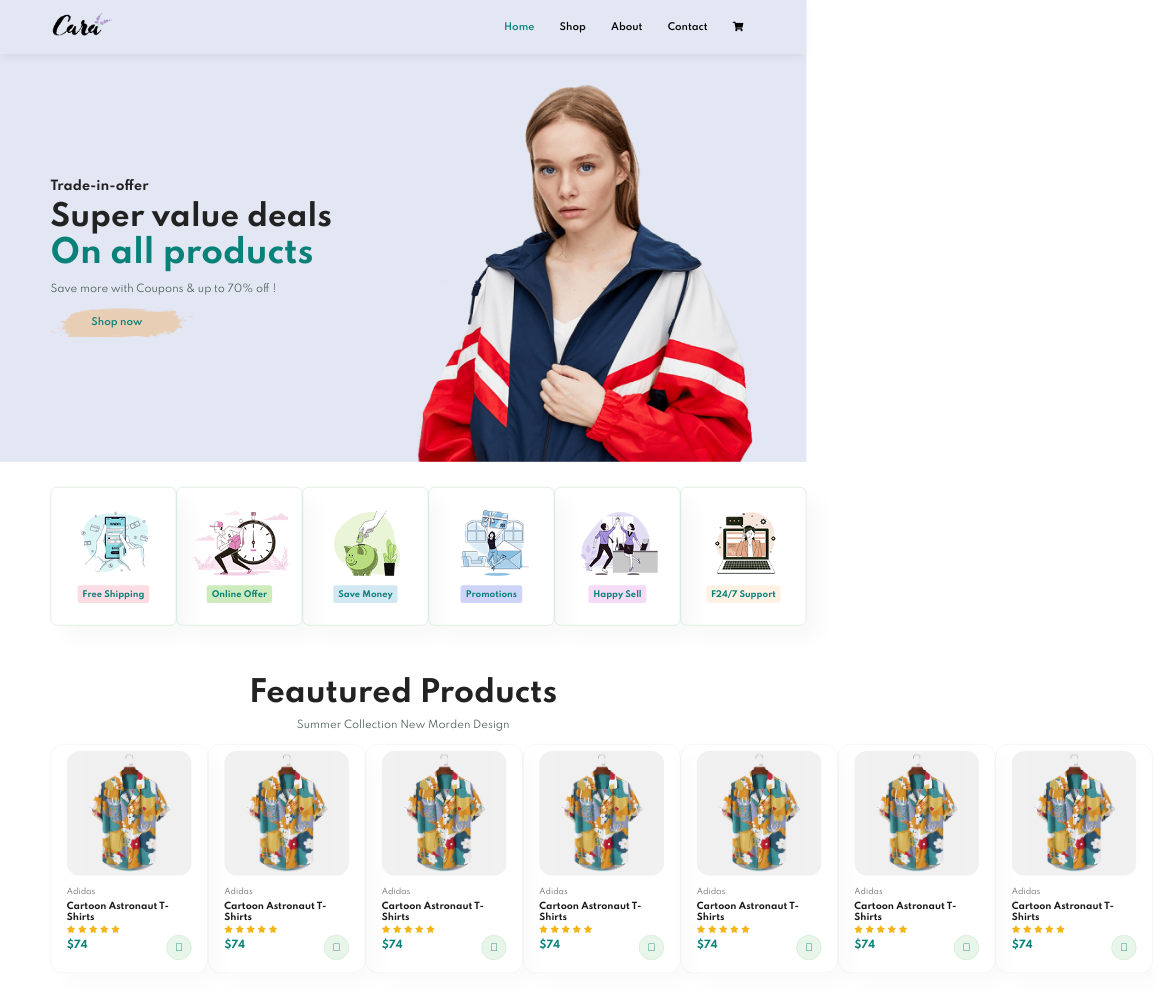
Repository: Daryllgio/E-Commerce-Website-UI
Page: index.html
These files come from the project's save history. The page is drawn as it stood at one moment and after the next save; the edit follows.
The browser window is 1280 px wide. The page is 1830 px wide, then 1850 px, so the pictures cover 1850 px, including what lies to the right of the window. The pictures show the whole page, at 63% of full size.
Some web libraries are served in a nearby version.

Above is the page before, as saved 2024-12-31 13:58:40.

### index.html
<!DOCTYPE html>
<html lang="en">

<head>
    <meta charset="UTF-8">
    <meta http-equiv="X-UA-Compatible" content="IE=edge">
    <meta name="viewport" content="width=device-width, initial-scale=1.0">
    <title>Tech2etc Ecommerce Tutorial</title>
    <link rel="stylesheet" href="https://pro.fontawesome.com/releases/v5.10.0/css/all.css" />

    <link rel="stylesheet" href="style.css">
</head>

<body>
    <section id="header">
        <a href="#"><img src="img/logo.png" id="logo" class="logo" alt=""></a>

        <div>
            <ul id="navbar">
                <li>
                    <a class="active" href="index.html">Home</a>
                </li>
                <li>
                    <a href="shop.html">Shop</a>
                </li>
                <li>
                    <a href="about.html">About</a>
                </li>
                <li>
                    <a href="contact.html">Contact</a>
                </li>
                <li>
                    <a href="cart.html"><i class="fa fa-shopping-cart" aria-hidden="true"></i></a>
                </li>

            </ul>
        </div>
    </section>

    <section id="HomeHeaderContent">
        <h4>
            Trade-in-offer
        </h4>
        <h2>
            Super value deals
        </h2>
        <h1>
            On all products
        </h1>
        <p>
            Save more with Coupons & up to 70% off !
        </p>
        <button>
            Shop now
        </button>

    </section>

    <section id="Features" class="section-p1">
        <div class="fe-box">
            <img src="img/features/f1.png" alt="">
            <h6>Free Shipping</h6>
        </div>
        <div class="fe-box">
            <img src="img/features/f2.png" alt="">
            <h6>Online Offer</h6>
        </div>
        <div class="fe-box">
            <img src="img/features/f3.png" alt="">
            <h6>Save Money</h6>
        </div>
        <div class="fe-box">
            <img src="img/features/f4.png" alt="">
            <h6>Promotions</h6>
        </div>
        <div class="fe-box">
            <img src="img/features/f5.png" alt="">
            <h6>Happy Sell</h6>
        </div>
        <div class="fe-box">
            <img src="img/features/f6.png" alt="">
            <h6>F24/7 Support</h6>
        </div>
    </section>

    <section id="product1" class="section-p1">
        <h2>
            Feautured Products
        </h2>
        <p>
            Summer Collection New Morden Design
        </p>
        <div class="pro-container">
            <div class="pro">
                <img src="img/products/f1.jpg" alt="">
                <div class="des">
                    <span>Adidas</span>
                    <h5>Cartoon Astronaut T-Shirts</h5>
                    <div class="star">
                        <i class="fas fa-star"></i>
                        <i class="fas fa-star"></i>
                        <i class="fas fa-star"></i>
                        <i class="fas fa-star"></i>
                        <i class="fas fa-star"></i>
                    </div>
                    <div class="Shop">
                        <h4>$74</h4>
                        <a href="#"><i class="fal fa-shopping-cart "></i></a>
                    </div>

                </div>
            </div>

            <div class="pro">
                <img src="img/products/f1.jpg" alt="">
                <div class="des">
                    <span>Adidas</span>
                    <h5>Cartoon Astronaut T-Shirts</h5>
                    <div class="star">
                        <i class="fas fa-star"></i>
                        <i class="fas fa-star"></i>
                        <i class="fas fa-star"></i>
                        <i class="fas fa-star"></i>
                        <i class="fas fa-star"></i>
                    </div>
                    <div class="Shop">
                        <h4>$74</h4>
                        <a href="#"><i class="fal fa-shopping-cart "></i></a>
                    </div>

                </div>
            </div>

            <div class="pro">
                <img src="img/products/f1.jpg" alt="">
                <div class="des">
                    <span>Adidas</span>
                    <h5>Cartoon Astronaut T-Shirts</h5>
                    <div class="star">
                        <i class="fas fa-star"></i>
                        <i class="fas fa-star"></i>
                        <i class="fas fa-star"></i>
                        <i class="fas fa-star"></i>
                        <i class="fas fa-star"></i>
                    </div>
                    <div class="Shop">
                        <h4>$74</h4>
                        <a href="#"><i class="fal fa-shopping-cart "></i></a>
                    </div>

                </div>
            </div>

            <div class="pro">
                <img src="img/products/f1.jpg" alt="">
                <div class="des">
                    <span>Adidas</span>
                    <h5>Cartoon Astronaut T-Shirts</h5>
                    <div class="star">
                        <i class="fas fa-star"></i>
                        <i class="fas fa-star"></i>
                        <i class="fas fa-star"></i>
                        <i class="fas fa-star"></i>
                        <i class="fas fa-star"></i>
                    </div>
                    <div class="Shop">
                        <h4>$74</h4>
                        <a href="#"><i class="fal fa-shopping-cart "></i></a>
                    </div>

                </div>
            </div>

            <div class="pro">
                <img src="img/products/f1.jpg" alt="">
                <div class="des">
                    <span>Adidas</span>
                    <h5>Cartoon Astronaut T-Shirts</h5>
                    <div class="star">
                        <i class="fas fa-star"></i>
                        <i class="fas fa-star"></i>
                        <i class="fas fa-star"></i>
                        <i class="fas fa-star"></i>
                        <i class="fas fa-star"></i>
                    </div>
                    <div class="Shop">
                        <h4>$74</h4>
                        <a href="#"><i class="fal fa-shopping-cart "></i></a>
                    </div>

                </div>
            </div>

            <div class="pro">
                <img src="img/products/f1.jpg" alt="">
                <div class="des">
                    <span>Adidas</span>
                    <h5>Cartoon Astronaut T-Shirts</h5>
                    <div class="star">
                        <i class="fas fa-star"></i>
                        <i class="fas fa-star"></i>
                        <i class="fas fa-star"></i>
                        <i class="fas fa-star"></i>
                        <i class="fas fa-star"></i>
                    </div>
                    <div class="Shop">
                        <h4>$74</h4>
                        <a href="#"><i class="fal fa-shopping-cart "></i></a>
                    </div>

                </div>
            </div>

            <div class="pro">
                <img src="img/products/f1.jpg" alt="">
                <div class="des">
                    <span>Adidas</span>
                    <h5>Cartoon Astronaut T-Shirts</h5>
                    <div class="star">
                        <i class="fas fa-star"></i>
                        <i class="fas fa-star"></i>
                        <i class="fas fa-star"></i>
                        <i class="fas fa-star"></i>
                        <i class="fas fa-star"></i>
                    </div>
                    <div class="Shop">
                        <h4>$74</h4>
                        <a href="#"><i class="fal fa-shopping-cart "></i></a>
                    </div>

                </div>
            </div>


        </div>
    </section>


    <script src="script.js"></script>
</body>

</html>

### style.css
@import url("https://fonts.googleapis.com/css2?family=Spartan:wght@100;200;300;400;500;600;700;800;900&display=swap");

* {
  margin: 0;
  padding: 0;
  box-sizing: border-box;
  font-family: "Spartan", sans-serif;
}

html {
  scroll-behavior: smooth;
}

/* Global Styles */

h1 {
  font-size: 50px;
  line-height: 64px;
  color: #222;
}

h2 {
  font-size: 46px;
  line-height: 54px;
  color: #222;
}

h4 {
  font-size: 20px;
  color: #222;
}

h6 {
  font-weight: 700;
  font-size: 12px;
}

p {
  font-size: 16px;
  color: #465b52;
  margin: 15px 0 20px 0;
}

.section-p1 {
  padding: 40px 80px;
}

.section-m1 {
  margin: 40px 0;
}

body {
  width: 100%;
}

#header {
  display: flex;
  align-items: center;
  justify-content: space-between;
  padding: 20px 80px;
  background: #E3E6F3;
  box-shadow: 0 5px 15px rgba(0, 0, 0, 0.06);
  position: sticky;
  top: 0;
  left: 0;

}



#navbar {
  display: flex;
  align-items: center;
  justify-content: center;
}

#navbar li {
  list-style: none;
  padding: 0px 20px;
}

#navbar li a {
  text-decoration: none;
  font-size: 15px;
  font-weight: 600;
  color: #000;
  transition: 0.3s ease;
}

#navbar li a:hover,
#navbar li a.active {
  color: #088178;
}

#HomeHeaderContent {
  background-image: url("img/hero4.png");
  height: 90vh;
  width: 100%;
  background-size: cover;
  background-position: top 25% right 0;
  padding: 0 80px;
  align-items: flex-start;
  display: flex;
  flex-direction: column;
  justify-content: center;
}

#HomeHeaderContent h4 {
  margin-bottom: 10px;
}

#HomeHeaderContent h1 {
  color: #088178;
}

#HomeHeaderContent button {
  color: #088178;
  background-image: url("img/button.png");
  font-size: 15px;
  font-weight: 600;
  background-color: transparent;
  border: 0;
  padding: 14px 80px 14px 65px;
  background-repeat: no-repeat;
  cursor: pointer;
}

#Features {
  display: flex;
  justify-content: space-between;
}

#Features .fe-box {
  width: 200px;
  text-align: center;
  padding: 35px 25px;
  border: 1px solid #cce7d0;
  box-shadow: 20px 20px 34px rgba(0, 0, 0, 0.03);
  border-radius: 10px;
}

#Features .fe-box:hover {
  box-shadow: 10px 10px 54px rgba(0, 0, 0, 0.1);
}

#Features .fe-box img {
  margin-bottom: 10px;
}

#Features .fe-box h6 {
  font-size: 13px;
  display: inline-block;
  line-height: 1;
  border-radius: 4px;
  color: #088178;
  background-color: #fddde4;
  padding: 9px 8px 6px 8px;
}

#Features .fe-box:nth-child(2) h6 {
  background-color: #cdebbc;
}

#Features .fe-box:nth-child(3) h6 {
  background-color: #d1e8f2;
}

#Features .fe-box:nth-child(4) h6 {
  background-color: #cdd4f8;
}

#Features .fe-box:nth-child(5) h6 {
  background-color: #f6dbf6;
}

#Features .fe-box:nth-child(6) h6 {
  background-color: #fff2e5;
}

#product1 {
  text-align: center;
}

#product1 .pro {
  width: 23%;
  min-width: 250px;
  padding: 10px 25px;
  border: 1px solid #f0f0f0;
  border-radius: 20px;
  cursor: pointer;
  box-shadow: 20px 20px 30px rgba(0, 0, 0, 0.02);
  transition: 0.3s ease;
}

#product1 .pro:hover {
  box-shadow: 20px 20px 30px rgba(0, 0, 0, 0.06);

}

#product1 .pro img {
  width: 100%;
  border-radius: 20px;
}

#product1 .pro .des {
  text-align: start;
  padding: 10px 0;
}

#product1 .pro .des span {
  color: #606063;
  font-size: 12px;
}

#product1 .pro .des h5 {
  color: #1a1a1a;
  font-size: 14px;
  padding-top: 7px;
}

#product1 .pro .des .fa-star {
  color: rgb(243, 181, 25);
  font-size: 12px;
}

#product1 .pro .des h4 {
  font-size: 16px;
  padding-top: 7px;
  font-weight: 700;
  color: #088178;

}

#product1 .pro .Shop {
  display: flex;
  justify-content: space-between;
}

#product1 .pro .des .fa-shopping-cart {
  width: 40px;
  height: 40px;
  line-height: 40px;
  border-radius: 50px;
  font-size: 17px;
  background-color: #e8f6ea;
  font-weight: 500;
  color: #088178;
  border: 1px solid #cce7d0;
  text-align: center;
}

#product1 .pro-container {
  display: flex;
  align-items: center;
  justify-content: space-between;
}

Loaded but not shown: script.js (common file)

After the next save:
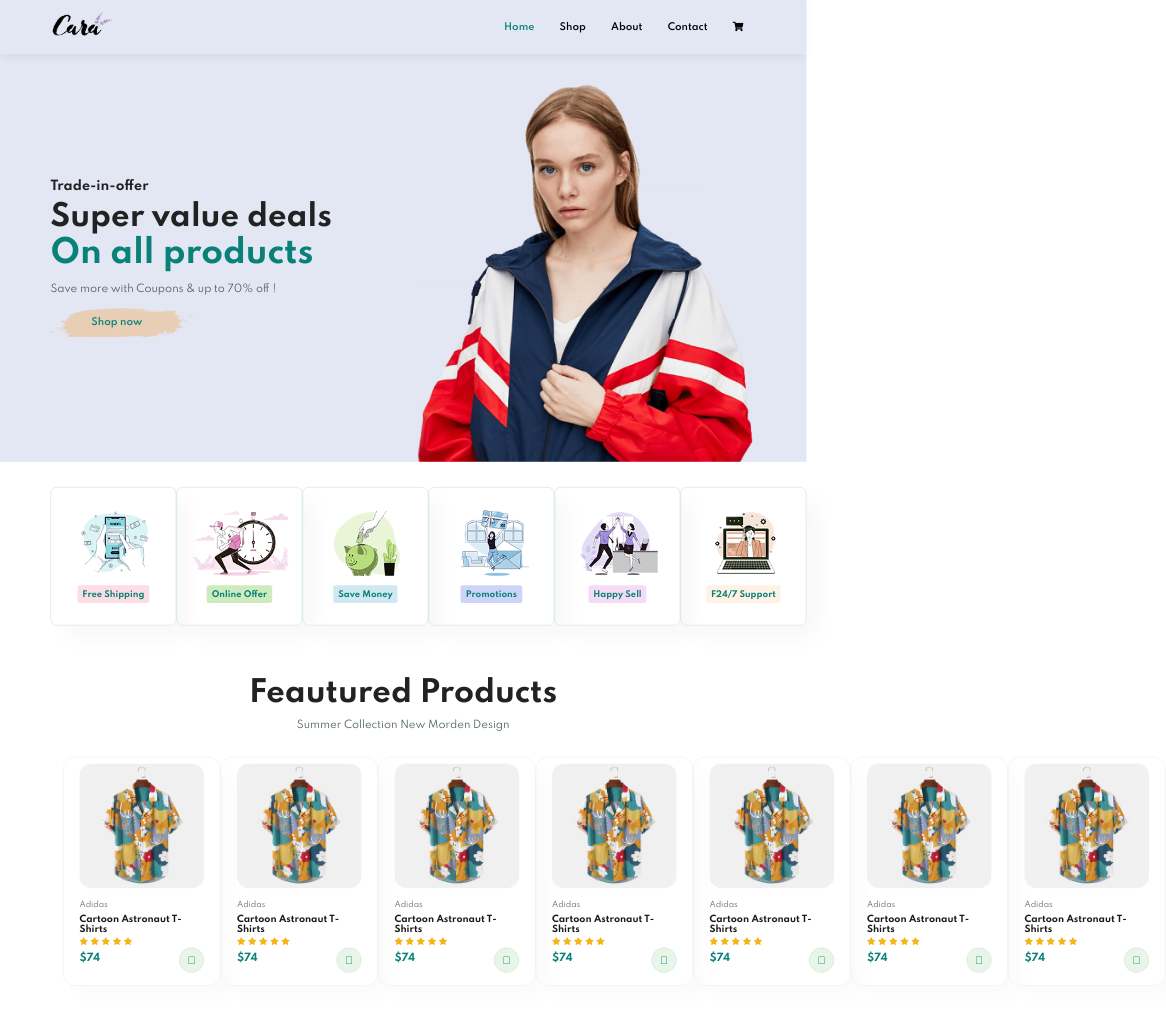
Saved 63 s later.
--- a/style.css
+++ b/style.css
@@ -253,4 +253,5 @@ body {
   display: flex;
   align-items: center;
   justify-content: space-between;
-}
+  padding: 20px;
+}
